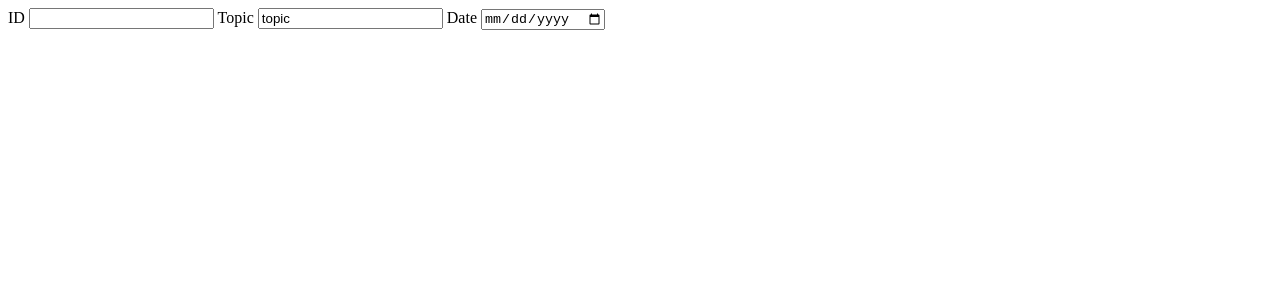
Repository: Aleksandyr/Java
Page: http://localhost/ServletsAndPages/pages/Form.jsp
These files come from the project's save history. The page is drawn as it stood at one moment and after the next save; the edit follows.
The browser window is 1280 px wide. The pictures show the whole page.
The page is served by Tomcat 9. Other server files are loaded and not shown.

Above is the page before, as saved 2016-01-28 13:08:00.

### Exercises/02.ServletsAndPages/ServletsAndPages/WebContent/pages/Form.jsp
<%@ page language="java" contentType="text/html; charset=ISO-8859-1"
    pageEncoding="ISO-8859-1"%>
<!DOCTYPE html PUBLIC "-//W3C//DTD HTML 4.01 Transitional//EN" "http://www.w3.org/TR/html4/loose.dtd">
<html>
<head>
<meta http-equiv="Content-Type" content="text/html; charset=ISO-8859-1">
<title>Insert title here</title>
</head>
<body>
	<form action="POST">
		<label>ID</label>
		<input type="number" value="id" name="id" />
		<label>Topic</label>
		<input type="text" value="topic" name="topic" />
		<label>Date</label>
		<input type="date" value="date" name="date" />
	</form>
</body>
</html>

After the next save:
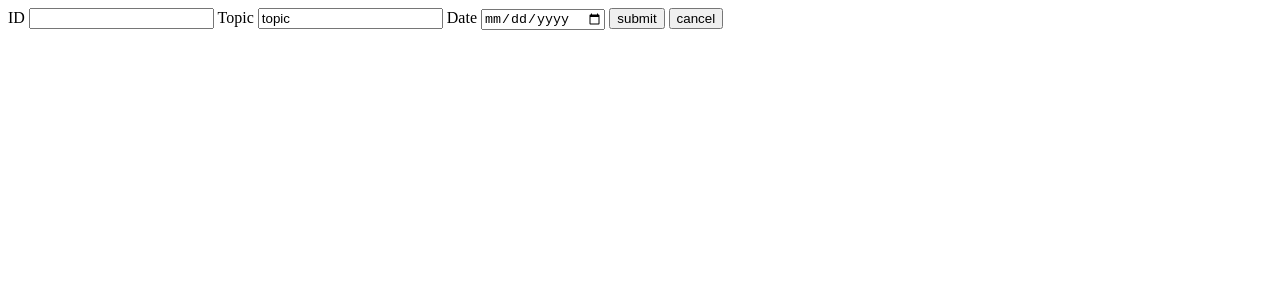
Saved 78 s later.
--- a/Exercises/02.ServletsAndPages/ServletsAndPages/WebContent/pages/Form.jsp
+++ b/Exercises/02.ServletsAndPages/ServletsAndPages/WebContent/pages/Form.jsp
@@ -14,6 +14,8 @@
 		<input type="text" value="topic" name="topic" />
 		<label>Date</label>
 		<input type="date" value="date" name="date" />
+		<input type="button" value="submit"/>
+		<input type="button" value="cancel"/>
 	</form>
 </body>
 </html>
